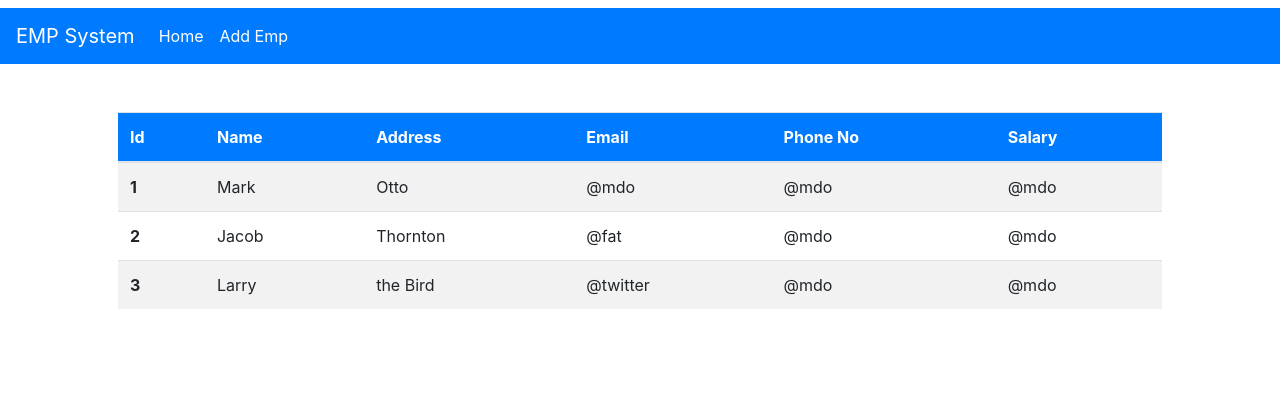
Repository: prateek-000/Employee_management
Page: http://localhost/index
The author's editor kept a copy of each file at every save. The page is drawn from the files as they stood at one save, then again after the next save.
The browser window is 1280 px wide. The pictures show the whole page.
Some web libraries are served in a nearby version. The page is this project's Thymeleaf template; nobody is signed in. The template is opened directly, without the code that normally fills it, so the values that code supplies are empty.

Above is the page before, as saved 2023-01-29 19:25:40.

### Employee_M/src/main/resources/templates/index.html
<!doctype html>
<html lang="en" xmlns:th="http://www.thymeleaf.com">
  <head>
    <!-- Required meta tags -->
    <meta charset="utf-8">
    <meta name="viewport" content="width=device-width, initial-scale=1, shrink-to-fit=no">

    <!-- Bootstrap CSS -->
    <link rel="stylesheet" href="https://cdn.jsdelivr.net/npm/bootstrap@4.0.0/dist/css/bootstrap.min.css" integrity="sha384-Gn5384xqQ1aoWXA+058RXPxPg6fy4IWvTNh0E263XmFcJlSAwiGgFAW/dAiS6JXm" crossorigin="anonymous">

    <title>Helo</title>
  </head>
  <body>
    <h1>
</h1>



<nav class="navbar navbar-expand-lg navbar-dark bg-primary">
  <a class="navbar-brand" href="#">EMP System</a>
  <button class="navbar-toggler" type="button" data-toggle="collapse" data-target="#navbarSupportedContent" aria-controls="navbarSupportedContent" aria-expanded="false" aria-label="Toggle navigation">
    <span class="navbar-toggler-icon"></span>
  </button>

  <div class="collapse navbar-collapse" id="navbarSupportedContent">
    <ul class="navbar-nav mr-auto">
      <li class="nav-item active">
        <a class="nav-link" href="#">Home <span class="sr-only">(current)</span></a>
      </li>


      <li class="nav-item">
        <a class="nav-link active" href="addemp">Add Emp</a>
      </li>
    </ul>

  </div>
</nav>

<div class="container p-5" >

<table class="table table-striped">
  <thead class="bg-primary text-white">
    <tr>
      <th scope="col">Id</th>
      <th scope="col">Name</th>
      <th scope="col">Address</th>
      <th scope="col">Email</th>
      <th scope="col">Phone No</th>
      <th scope="col">Salary</th>
    </tr>
  </thead>
  <tbody>
    <tr>
      <th scope="row">1</th>
      <td>Mark</td>
      <td>Otto</td>
      <td>@mdo</td>
      <td>@mdo</td>
      <td>@mdo</td>

    </tr>
    <tr>
      <th scope="row">2</th>
      <td>Jacob</td>
      <td>Thornton</td>
      <td>@fat</td>
      <td>@mdo</td>
      <td>@mdo</td>

    </tr>
    <tr>
      <th scope="row">3</th>
      <td>Larry</td>
      <td>the Bird</td>
      <td>@twitter</td>
      <td>@mdo</td>
      <td>@mdo</td>

    </tr>
  </tbody>
</table>

</div>

    <!-- Optional JavaScript -->
    <!-- jQuery first, then Popper.js, then Bootstrap JS -->
    <script src="https://code.jquery.com/jquery-3.2.1.slim.min.js" integrity="sha384-KJ3o2DKtIkvYIK3UENzmM7KCkRr/rE9/Qpg6aAZGJwFDMVNA/GpGFF93hXpG5KkN" crossorigin="anonymous"></script>
    <script src="https://cdn.jsdelivr.net/npm/popper.js@1.12.9/dist/umd/popper.min.js" integrity="sha384-ApNbgh9B+Y1QKtv3Rn7W3mgPxhU9K/ScQsAP7hUibX39j7fakFPskvXusvfa0b4Q" crossorigin="anonymous"></script>
    <script src="https://cdn.jsdelivr.net/npm/bootstrap@4.0.0/dist/js/bootstrap.min.js" integrity="sha384-JZR6Spejh4U02d8jOt6vLEHfe/JQGiRRSQQxSfFWpi1MquVdAyjUar5+76PVCmYl" crossorigin="anonymous"></script>
  </body>
</html>

After the next save:
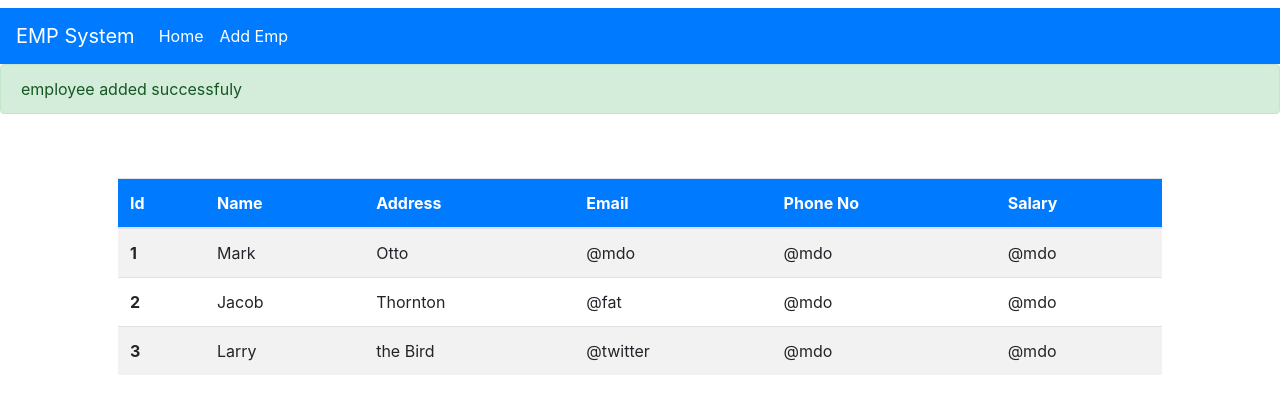
Saved 2 min 7 s later.
--- a/Employee_M/src/main/resources/templates/index.html
+++ b/Employee_M/src/main/resources/templates/index.html
@@ -36,7 +36,9 @@
 
   </div>
 </nav>
-
+<div class="alert alert-success" role="alert">
+  employee added successfuly
+</div>
 <div class="container p-5" >
 
 <table class="table table-striped">
